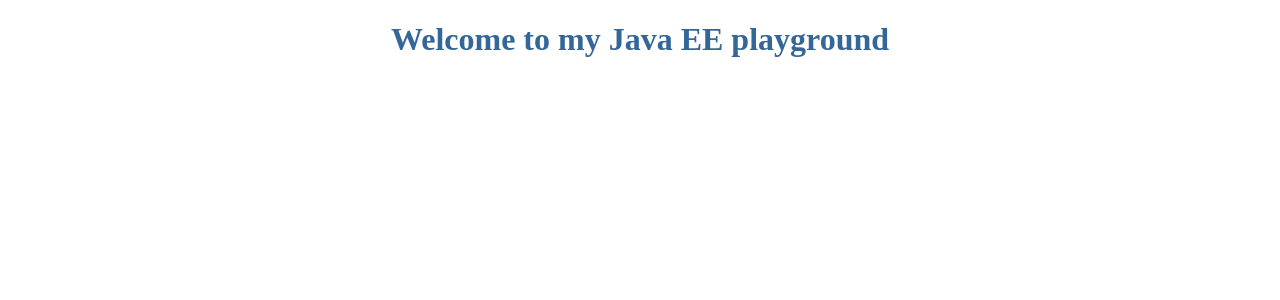
Repository: zoooolander/systex_prac_javaee
Page: http://localhost/myWeb/
The author's editor kept a copy of each file at every save. The page is drawn from the files as they stood at one save, then again after the next save.
The browser window is 1280 px wide. The pictures show the whole page.
The page is served by Tomcat 10. Other server files are loaded and not shown.

Above is the page before, as saved 2024-09-18 06:11:57.

### myWeb/src/main/webapp/index.jsp
<%@ page language="java" contentType="text/html; charset=UTF-8"
	pageEncoding="UTF-8"%>
<!DOCTYPE html>
<html>
<head>
<meta charset="UTF-8">
<title>Welcome</title>
<link href="style/myStyle.css" rel="stylesheet"></link>
</head>
<body>
	<h1>Welcome to my Java EE playground</h1>
</body>
</html>

### myWeb/src/main/webapp/style/myStyle.css
@charset "UTF-8";

body {
	text-align: center;
	margin: auto;
}

h1 {
	color: #369;
}

After the next save:
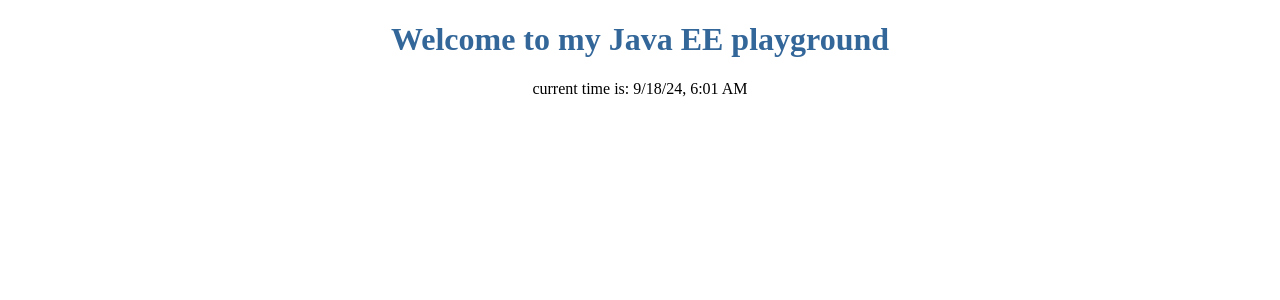
Saved 3 min 59 s later.
--- a/myWeb/src/main/webapp/index.jsp
+++ b/myWeb/src/main/webapp/index.jsp
@@ -1,3 +1,5 @@
+<%@page import="java.text.SimpleDateFormat"%>
+<%@page import="java.util.Date"%>
 <%@ page language="java" contentType="text/html; charset=UTF-8"
 	pageEncoding="UTF-8"%>
 <!DOCTYPE html>
@@ -9,5 +11,6 @@
 </head>
 <body>
 	<h1>Welcome to my Java EE playground</h1>
+	<p>current time is: <%= SimpleDateFormat.getInstance().format(new Date()) %></p>
 </body>
 </html>
